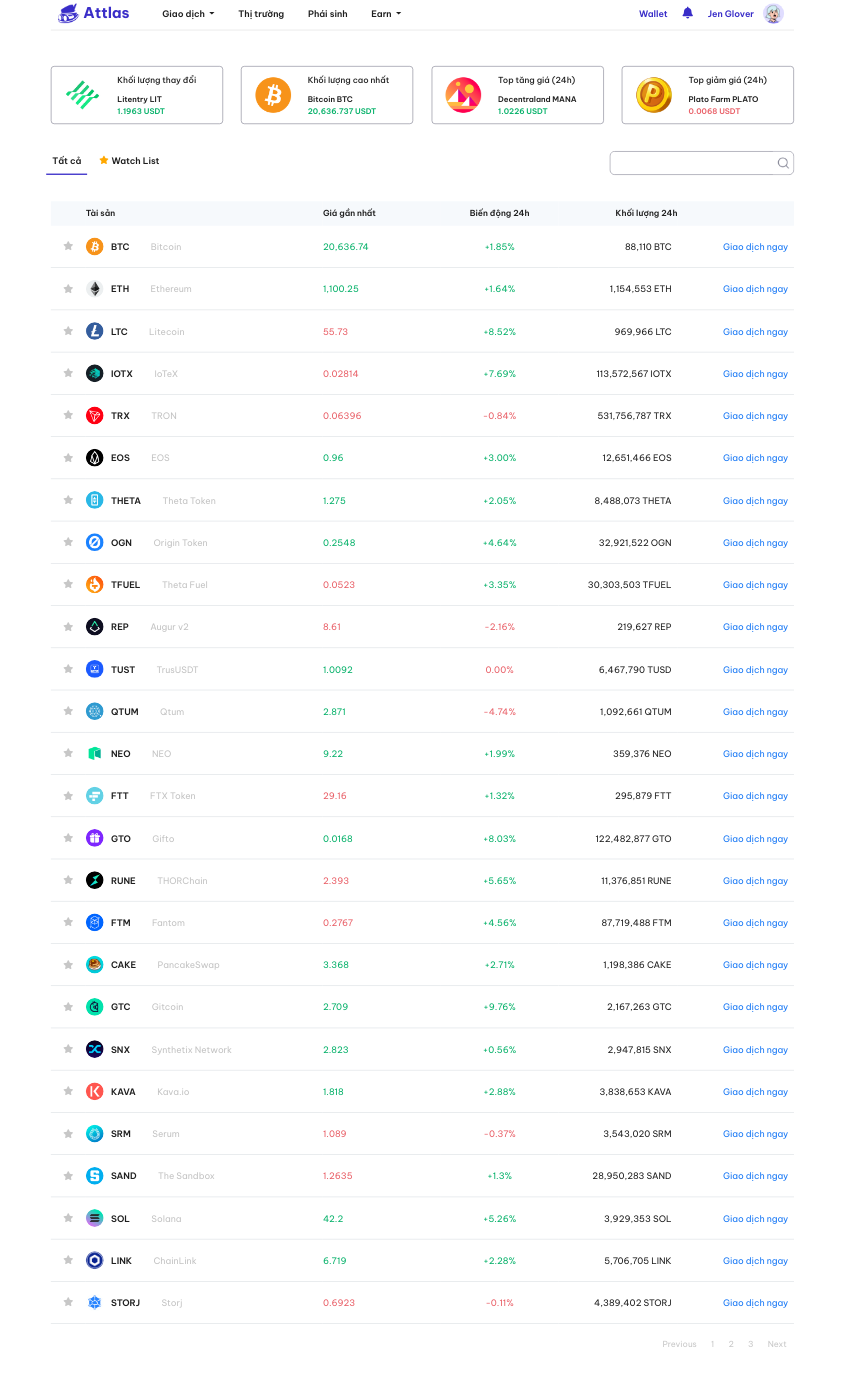
Repository: 1509Long/1509long.github.io
Page: techmaster-test/homepage.html
An editor plug-in stored every save of this project. The page is shown before and after the next save, followed by the edit.
The browser window is 1280 px wide. The pictures show the whole page, at 66% of full size.

Above is the page before, as saved 2022-07-19 18:55:18.

After the next save:
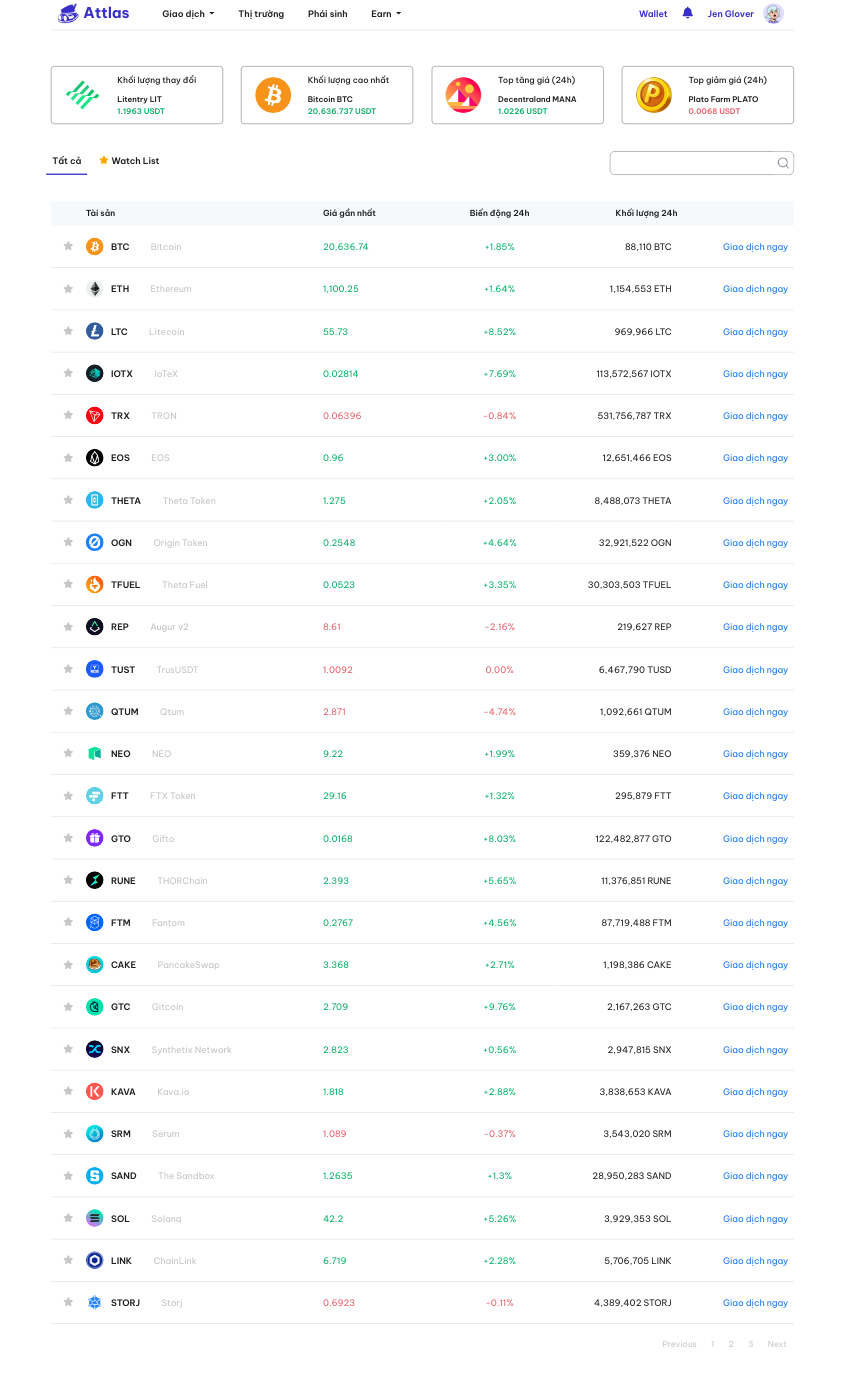
Console error: TypeError: Cannot read properties of undefined (reading 'change')
Saved 59 s later.
--- a/techmaster-test/homepage.html
+++ b/techmaster-test/homepage.html
@@ -439,7 +439,7 @@
       console.log(tableInfoPrice);
 
       function putColor(data) {
-        for (i = 0; i < data.length; i++) {
+        for (i = 0; i < data.length * 2 ; i++) {
           tableInfoPrice[i].innerHTML = parseFloat(
             tableInfoPrice[i].textContent
           ).toLocaleString("en-US", { maximumFractionDigits: "5" });

After the save that followed:
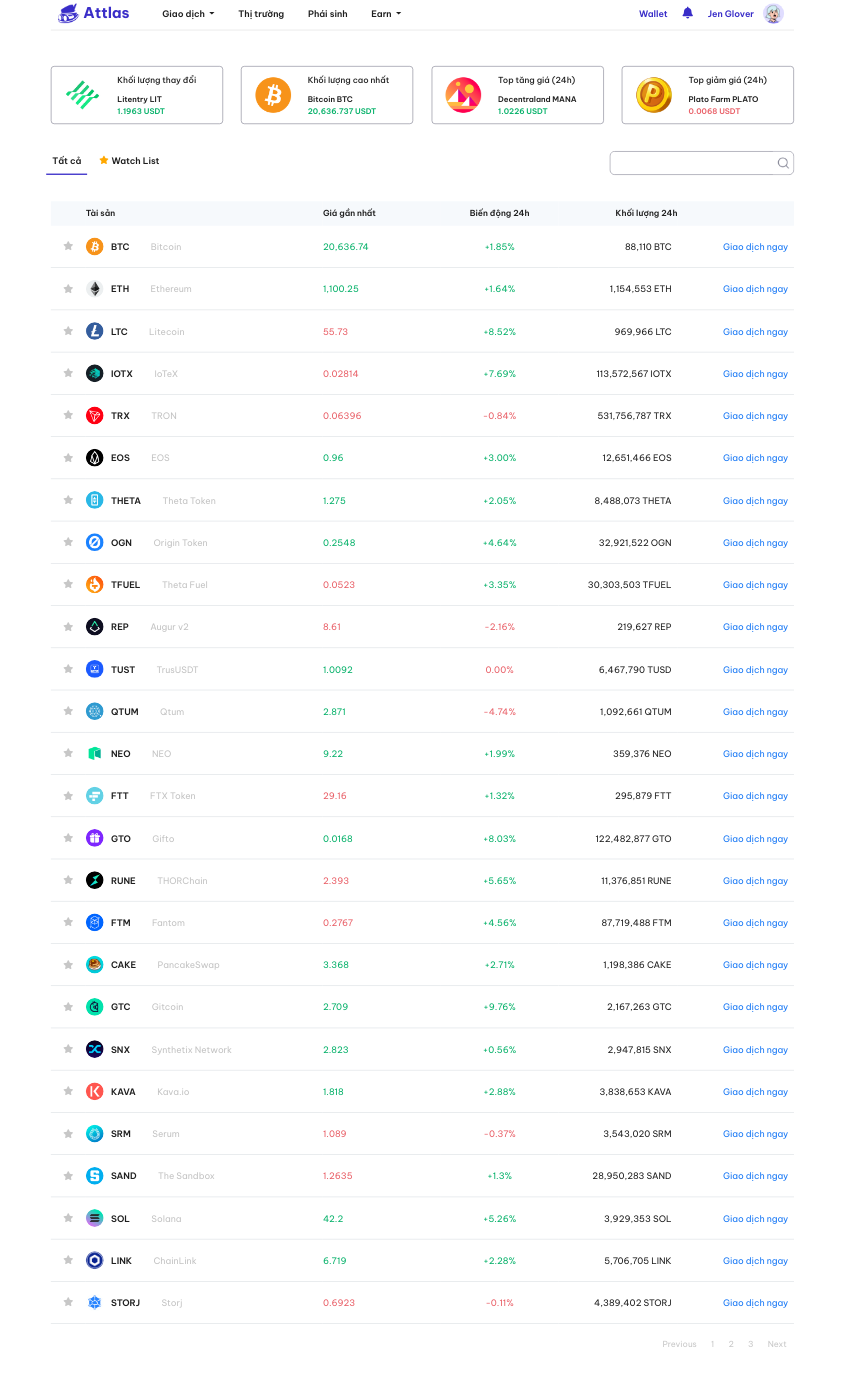
The error is gone.
Saved 26 s later.
--- a/techmaster-test/homepage.html
+++ b/techmaster-test/homepage.html
@@ -439,7 +439,7 @@
       console.log(tableInfoPrice);
 
       function putColor(data) {
-        for (i = 0; i < data.length * 2 ; i++) {
+        for (i = 0; i < data.length; i++) {
           tableInfoPrice[i].innerHTML = parseFloat(
             tableInfoPrice[i].textContent
           ).toLocaleString("en-US", { maximumFractionDigits: "5" });
